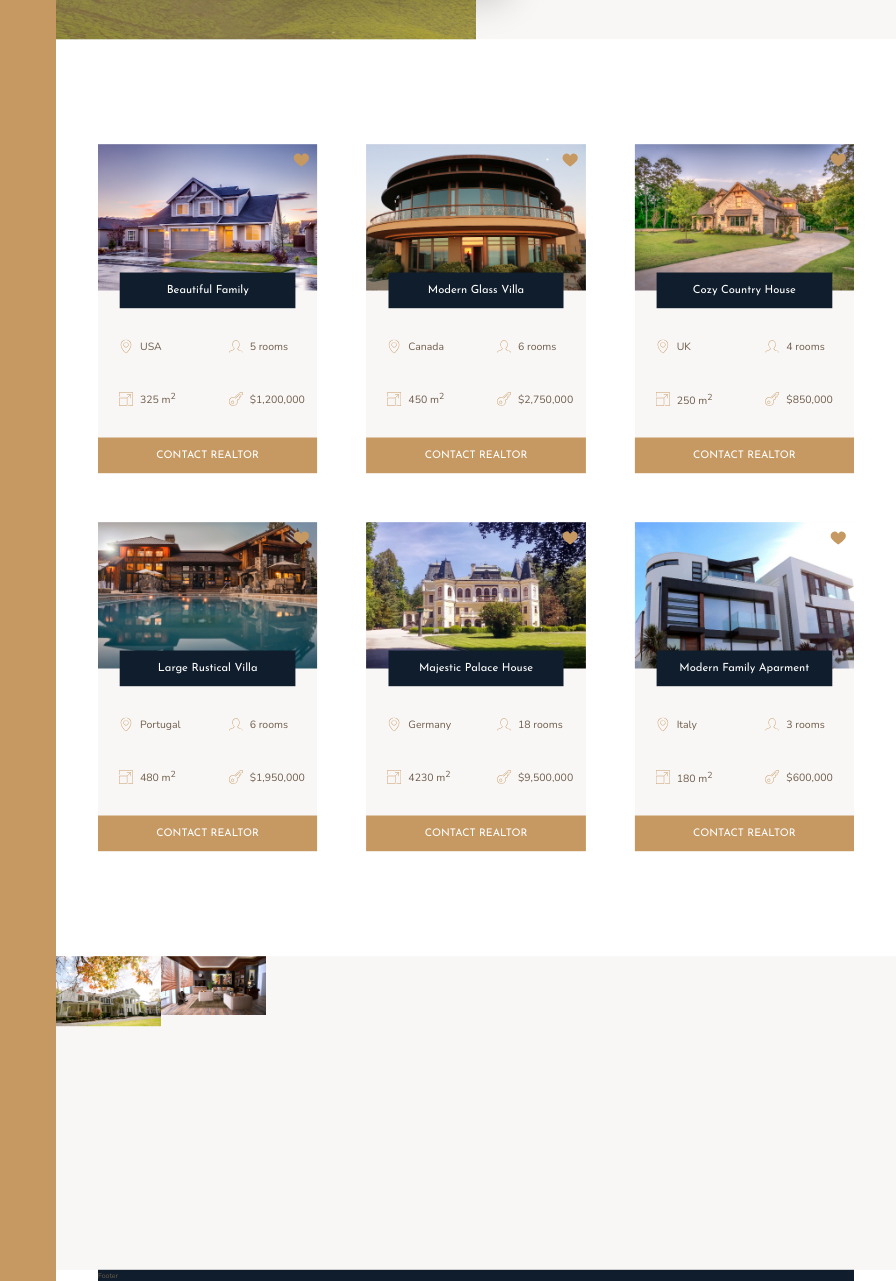
Repository: achwesiuk/nexter
Page: index.html
These files come from the project's save history. The page is drawn as it stood at one moment and after the next save; the edit follows.
The browser window is 1280 px wide. The pictures show the part of the page from y = 1550 to 3470 px (the page is 3380 px tall before and 3470 px after), at 70% of full size.
The style sheet was rebuilt from its Sass, Less or Tailwind sources for each picture, by a compiler version that may differ from the author's.

Above is the page before, as saved 2021-02-24 07:28:40.

### index.html
<!DOCTYPE html>
<html lang="en">
    <head>
        <meta charset="UTF-8">
        <meta name="viewport" content="width=device-width, initial-scale=1.0">
        <meta http-equiv="X-UA-Compatible" content="ie=edge">

        <link href="https://fonts.googleapis.com/css?family=Josefin+Sans:300,400,400i|Nunito:300,300i" rel="stylesheet">
        <link rel="stylesheet" href="css/style.css">
        <link rel="shortcut icon" type="image/png" href="img/favicon.png">

        <title>nexter &mdash; your home, your freedom</title>
    </head>
    <body class="container">
        <div class="sidebar">
            Sidebar
        </div>

        <header class="header">
            Header
        </header>

        <div class="realtors">
            Top 3 realtors
        </div>

        <section class="features">
            <div class="feature">
                <svg class="feature__icon">
                    <use xlink:href="img/sprite.svg#icon-global"></use>
                </svg>
                <h4 class="heading-4--dark">World's best luxury homes</h4>
                <p class="feature-text">Lorem ipsum dolor sit amet, consectetur adipisicing elit. Sapiente eligendi vitae aliquid a corporis hic, nemo dolores neque culpa pariatur dolor magnam!</p>
            </div>
            <div class="feature">
                <svg class="feature__icon">
                    <use xlink:href="img/sprite.svg#icon-trophy"></use>
                </svg>
                <h4 class="heading-4--dark">Only the best properties</h4>
                <p class="feature-text">Lorem ipsum dolor sit amet consectetur, adipisicing elit. Mollitia optio sapiente fugit deserunt ex qui in.</p>
            </div>
            <div class="feature">
                <svg class="feature__icon">
                    <use xlink:href="img/sprite.svg#icon-map-pin"></use>
                </svg>
                <h4 class="heading-4--dark">All homes in top locations</h4>
                <p class="feature-text">Lorem ipsum dolor sit amet consectetur adipisicing elit. Ullam est deserunt unde temporibus, beatae quo et repellat!</p>
            </div>
            <div class="feature">
                <svg class="feature__icon">
                    <use xlink:href="img/sprite.svg#icon-key"></use>
                </svg>
                <h4 class="heading-4--dark">New home in one week</h4>
                <p class="feature-text">Lorem ipsum dolor sit amet consectetur adipisicing elit. Velit aliquam praesentium quod non eligendi sunt cum ipsum modi.</p>
            </div>
            <div class="feature">
                <svg class="feature__icon">
                    <use xlink:href="img/sprite.svg#icon-presentation"></use>
                </svg>
                <h4 class="heading-4--dark">Top 1% realtors</h4>
                <p class="feature-text">Lorem ipsum dolor sit amet, consectetur adipisicing elit.</p>
            </div>
            <div class="feature">
                <svg class="feature__icon">
                    <use xlink:href="img/sprite.svg#icon-lock"></use>
                </svg>
                <h4 class="heading-4--dark">Secure payments on nexter</h4>
                <p class="feature-text">Lorem ipsum, dolor sit amet consectetur adipisicing elit. Incidunt distinctio repudiandae saepe dolores quis tempore similique.</p>
            </div>
        </section>

        <div class="story__pictures">
            <img src="img/story-1.jpeg" alt="Couple with new house" class="story__img--1">
            <img src="img/story-2.jpeg" alt="New house" class="story__img--2">
        </div>

        <div class="story__content">
            <h3 class="heading-3 mb-sm">Happy Customers</h3>
            <h2 class="heading-2 heading-2--dark mb-md">&ldquo;The best decision of our lives&rdquo;</h2>
            <p class="story__text">
                Lorem ipsum dolor sit amet, consectetur adipisicing elit. Accusantium ut error magni quasi delectus debitis praesentium, iusto, explicabo natus deleniti corrupti, illo illum quidem dolores dolorum ipsum! Incidunt, eaque amet.
            </p>
            <button class="btn">Find your own home</button>
        </div>

        <section class="homes">
            <div class="home">
                <img src="img/house-1.jpeg" alt="House 1" class="home__img">
                <svg class="home__like">
                    <use xlink:href="img/sprite.svg#icon-heart-full"></use>
                </svg>
                <h5 class="home__name">Beautiful Family</h5>
                <div class="home__location">
                    <svg class="home__like">
                        <use xlink:href="img/sprite.svg#icon-map-pin"></use>
                    </svg>
                    <p>USA</p>
                </div>
                <div class="home__rooms">
                    <svg class="home__like">
                        <use xlink:href="img/sprite.svg#icon-profile-male"></use>
                    </svg>
                    <p>5 rooms</p>
                </div>
                <div class="home__area">
                    <svg class="home__like">
                        <use xlink:href="img/sprite.svg#icon-expand"></use>
                    </svg>
                    <p>325 m<sup>2</sup></p>
                </div>
                <div class="home__price">
                    <svg class="home__like">
                        <use xlink:href="img/sprite.svg#icon-key"></use>
                    </svg>
                    <p>$1,200,000</p>
                </div>
                <button class="btn home__btn">Contact realtor</button>
            </div>

            <div class="home"><img src="img/house-2.jpeg" alt="House 2" class="home__img">
                <svg class="home__like">
                    <use xlink:href="img/sprite.svg#icon-heart-full"></use>
                </svg>
                <h5 class="home__name">Modern Glass Villa</h5>
                <div class="home__location">
                    <svg class="home__like">
                        <use xlink:href="img/sprite.svg#icon-map-pin"></use>
                    </svg>
                    <p>Canada</p>
                </div>
                <div class="home__rooms">
                    <svg class="home__like">
                        <use xlink:href="img/sprite.svg#icon-profile-male"></use>
                    </svg>
                    <p>6 rooms</p>
                </div>
                <div class="home__area">
                    <svg class="home__like">
                        <use xlink:href="img/sprite.svg#icon-expand"></use>
                    </svg>
                    <p>450 m<sup>2</sup></p>
                </div>
                <div class="home__price">
                    <svg class="home__like">
                        <use xlink:href="img/sprite.svg#icon-key"></use>
                    </svg>
                    <p>$2,750,000</p>
                </div>
                <button class="btn home__btn">Contact realtor</button>
            </div>

            <div class="home"><img src="img/house-3.jpeg" alt="House 3" class="home__img">
                <svg class="home__like">
                    <use xlink:href="img/sprite.svg#icon-heart-full"></use>
                </svg>
                <h5 class="home__name">Cozy Country House</h5>
                <div class="home__location">
                    <svg class="home__like">
                        <use xlink:href="img/sprite.svg#icon-map-pin"></use>
                    </svg>
                    <p>UK</p>
                </div>
                <div class="home__rooms">
                    <svg class="home__like">
                        <use xlink:href="img/sprite.svg#icon-profile-male"></use>
                    </svg>
                    <p>4 rooms</p>
                </div>
                <div class="home__area">
                    <svg class="home__like">
                        <use xlink:href="img/sprite.svg#icon-expand"></use>
                    </svg>
                    <p>250 m<sup>2</sup></p>
                </div>
                <div class="home__price">
                    <svg class="home__like">
                        <use xlink:href="img/sprite.svg#icon-key"></use>
                    </svg>
                    <p>$850,000</p>
                </div>
                <button class="btn home__btn">Contact realtor</button>
            </div>

            <div class="home"><img src="img/house-4.jpeg" alt="House 4" class="home__img">
                <svg class="home__like">
                    <use xlink:href="img/sprite.svg#icon-heart-full"></use>
                </svg>
                <h5 class="home__name">Large Rustical Villa</h5>
                <div class="home__location">
                    <svg class="home__like">
                        <use xlink:href="img/sprite.svg#icon-map-pin"></use>
                    </svg>
                    <p>Portugal</p>
                </div>
                <div class="home__rooms">
                    <svg class="home__like">
                        <use xlink:href="img/sprite.svg#icon-profile-male"></use>
                    </svg>
                    <p>6 rooms</p>
                </div>
                <div class="home__area">
                    <svg class="home__like">
                        <use xlink:href="img/sprite.svg#icon-expand"></use>
                    </svg>
                    <p>480 m<sup>2</sup></p>
                </div>
                <div class="home__price">
                    <svg class="home__like">
                        <use xlink:href="img/sprite.svg#icon-key"></use>
                    </svg>
                    <p>$1,950,000</p>
                </div>
                <button class="btn home__btn">Contact realtor</button>
            </div>

            <div class="home"><img src="img/house-5.jpeg" alt="House 5" class="home__img">
                <svg class="home__like">
                    <use xlink:href="img/sprite.svg#icon-heart-full"></use>
                </svg>
                <h5 class="home__name">Majestic Palace House</h5>
                <div class="home__location">
                    <svg class="home__like">
                        <use xlink:href="img/sprite.svg#icon-map-pin"></use>
                    </svg>
                    <p>Germany</p>
                </div>
                <div class="home__rooms">
                    <svg class="home__like">
                        <use xlink:href="img/sprite.svg#icon-profile-male"></use>
                    </svg>
                    <p>18 rooms</p>
                </div>
                <div class="home__area">
                    <svg class="home__like">
                        <use xlink:href="img/sprite.svg#icon-expand"></use>
                    </svg>
                    <p>4230 m<sup>2</sup></p>
                </div>
                <div class="home__price">
                    <svg class="home__like">
                        <use xlink:href="img/sprite.svg#icon-key"></use>
                    </svg>
                    <p>$9,500,000</p>
                </div>
                <button class="btn home__btn">Contact realtor</button>
            </div>

            <div class="home"><img src="img/house-6.jpeg" alt="House 6" class="home__img">
                <svg class="home__like">
                    <use xlink:href="img/sprite.svg#icon-heart-full"></use>
                </svg>
                <h5 class="home__name">Modern Family Aparment</h5>
                <div class="home__location">
                    <svg class="home__like">
                        <use xlink:href="img/sprite.svg#icon-map-pin"></use>
                    </svg>
                    <p>Italy</p>
                </div>
                <div class="home__rooms">
                    <svg class="home__like">
                        <use xlink:href="img/sprite.svg#icon-profile-male"></use>
                    </svg>
                    <p>3 rooms</p>
                </div>
                <div class="home__area">
                    <svg class="home__like">
                        <use xlink:href="img/sprite.svg#icon-expand"></use>
                    </svg>
                    <p>180 m<sup>2</sup></p>
                </div>
                <div class="home__price">
                    <svg class="home__like">
                        <use xlink:href="img/sprite.svg#icon-key"></use>
                    </svg>
                    <p>$600,000</p>
                </div>
                <button class="btn home__btn">Contact realtor</button>
            </div>
        </section>

        <section class="gallery">
            <img src="img/gal-1.jpeg" alt="Gallery image 1" class="gallery__img">
            <img src="img/gal-2.jpeg" alt="Gallery image 2" class="gallery__img">
        </section>

        <footer>
            Footer
        </footer>
    </body>
</html>

### sass/main.scss
@import "base";
@import "typography";

@import "sidebar";
@import "header";
@import "realtors";
@import "features";
@import "story";
@import "homes";
@import "gallery";
@import "footer";

### sass/_base.scss
// COLOR VARIABLES
$color-primary: #c69963;
$color-primary-dark: #B28451;

$color-secondary: #101d2c;

$color-grey-light-1: #f9f7f6;
$color-grey-light-2: #aaa;

$color-grey-dark-1: #54483A;
$color-grey-dark-2: #6D5D4B;

// FONT VARIABLES
$font-primary: 'Nunito', sans-serif;
$font-display: 'Josefin Sans', sans-serif;

*,
*::before,
*::after {
    margin: 0;
    padding: 0;
    -webkit-box-sizing: inherit;
            box-sizing: inherit; //dziedziczy po HTML
}

html {
    -webkit-box-sizing: border-box;
            box-sizing: border-box;
    font-size: 62.5%; // 10px / 16px = 62.5% -> 1rem = 10px
}

body {
    font-family: $font-primary;
    color: $color-grey-dark-2;
    font-weight: 300;
    line-height: 1.6;
}

.container {
    display: grid;
    grid-template-rows: 80vh min-content 40vw repeat(3, min-content); // 1.wiersz - wysokość wiersza jest wartością procentową vh; jest to siatka jawna z jednym wierszem, pozostałe elementy będą dodane w siatce niejawnej (elementy, które nie mają miejsca w siatce jawnej)
    // 2. wiersz - wysokość wiersza uzależniona od zawartej w nim treści
    // 2. auto - domyślne, jeżeli nic nie będzie określone; również dopasowuje się do treści
    // 3. wiersz - wiersz uzależniony od szerokości układu (podczas zmiany szerokości widoku zmieniają się wymiary wiersza - zwęża się, rośnie)
    // 4, 5, 6 - wysokość wiersza uzależnione od jego zawartości
    grid-template-columns: [sidebar-start] 8rem [sidebar-end full-start] minmax(6rem, 1fr) [center-start] repeat(8, [col-start] minmax(min-content, 14rem) [col-end]) [center-end] minmax(6rem, 1fr) [full-end];
}

### sass/_typography.scss
%heading { //extended działa przeciwnie do mixin; selektory (heading-1 etc.) są kopiowane to selektora na górze
    font-family: $font-display;
    font-weight: 400;
}

.heading-1 {
    @extend %heading;
}

.heading-2 {
    @extend %heading;
    font-size: 4rem;
    font-style: italic;
    line-height: 1;

    &--light {color: $color-grey-light-1;}
    &--dark {color: $color-grey-dark-1;}
}

.heading-3 {
    @extend %heading;
    font-size: 1.6rem;
    color: $color-primary;
    text-transform: uppercase;
}

.heading-4 {
    @extend %heading;
    font-size: 1.9rem;

    &--light {color: $color-grey-light-1;}
    &--dark {color: $color-grey-dark-1;}
}

.btn {
    background-color: $color-primary;
    color: #fff;
    border: none;
    border-radius: 0; //z założenia przyciski mają ustawiony jakiś kąt
    font-family: $font-display;
    font-size: 1.5rem;
    text-transform: uppercase;
    padding: 1.8rem 3rem;
    cursor: pointer;

    transition: all .2s;

    &:hover {
        background-color: $color-primary-dark;
    }
}

.mb-sm {margin-bottom: 2rem;}
.mb-md {margin-bottom: 3rem;}
.mb-lg {margin-bottom: 4rem;}
.mb-hg {margin-bottom: 8rem;}

### sass/_sidebar.scss
.sidebar {
    background-color: $color-primary;
    grid-column: sidebar-start / sidebar-end;
    grid-row: 1 / -1;
}

### sass/_header.scss
.header {
    background-color: $color-grey-dark-1;
    grid-column: full-start / col-end 6;
}

### sass/_realtors.scss
.realtors {
    background-color: $color-secondary;
    grid-column: col-start 7 / full-end;
}

### sass/_features.scss
.features {
    grid-column: center-start / center-end;

    margin: 15rem 0;

    display: grid;
    //grid-template-columns: repeat(3, 1fr);
    grid-template-columns: repeat(auto-fit, minmax(25rem, 1fr));
    //grid-template-rows: auto auto; niepotrzebne, ponieważ wiersze i tak układają się w ten sposób
    grid-gap: 6rem;
    align-items: start;
}

.feature {

    display: grid;
    grid-template-columns: min-content 1fr; //min-content odnosi się do wymiarów ikony
    //nie trzeba określać wierszy, mają mieć wielkość zawartej w nich treści
    grid-row-gap: 1.5rem;
    grid-column-gap: 2.5rem;

    &__icon {
        fill: $color-primary;
        width: 4.5rem;
        height: 4.5rem;
        transform: translateY(-1rem);

        //grid-row: 1 / -1; // -1 oznacza koniec JAWNEJ SIATKI, a tutaj jest niejawna
        grid-row: -1 / span 2;
    }

    &__text {
        font-size: 1.7rem;
    }
}

### sass/_story.scss
.story {

    &__pictures {
        background-color: $color-primary;
        grid-column: full-start / col-end 4;
        background-image: linear-gradient(rgba($color-primary, .5), rgba($color-primary, .5)),  url(../img/back.jpg); //używam dwóch takich samych kolorów - kolor przechodzi z jednego koloru na drugi

        display: grid;
        grid-template-rows: repeat(6, 1fr);
        grid-template-columns: repeat(6, 1fr);

        align-items: center;
    }

    &__img--1 {
        width: 100%;
        grid-row: 2 / 6;
        grid-column: 2 / 6;
        box-shadow: 0 2rem 5rem rgba(#000, .1);
    }

    &__img--2 {
        width: 115%;
        grid-row: 4 / 6;
        grid-column: 4 / 7;
        z-index: 20;
        box-shadow: 0 2rem 5rem rgba(#000, .2);
    }

    &__content {
        background-color: $color-grey-light-1;
        grid-column: col-start 5 / full-end;

        padding: 6rem 8vw;

        /*
        display: flex;
        flex-direction: column;
        justify-content: center;
        align-items: flex-start;
        */

        display: grid;
        align-content: center;
        justify-items: start;
    }

    &__text {
        font-size: 1.5rem;
        font-style: italic;
        margin-bottom: 4rem;
    }
}

### sass/_homes.scss
.homes {
    grid-column: center-start / center-end;
    margin: 15rem 0;

    display: grid;
    grid-template-columns: repeat(auto-fit,minmax(25rem, 1fr));
    grid-gap: 7rem;
}

.home {
    background-color: $color-grey-light-1;

    display: grid;
    grid-template-columns: repeat(2, 1fr);
    grid-row-gap: 3.5rem;

    &__img {
        width: 100%;
        grid-row: 1 / 2;
        grid-column: 1 / -1;
        z-index: 1;
    }

    &__like {
        grid-row: 1 / 2;
        grid-column: 2 / 3;
        fill: $color-primary;
        height: 2.5rem;
        width: 2.5rem;
        z-index: 2;

        justify-self: end;
        margin: 1rem;
    }

    &__name {
        grid-column: 1 / -1;
        grid-row: 1 / 2;
        justify-self: center;
        align-self: end;
        z-index: 3;

        width: 80%;
        font-family: $font-display;
        font-size: 1.6rem;
        text-align: center;
        padding: 1.25rem;
        background-color: $color-secondary;
        color: #fff;
        font-weight: 400;
        transform: translateY(50%);
    }

    &__location,
    &__rooms {
        margin-top: 2.5rem;
    }

    &__location,
    &__rooms,
    &__area,
    &__price {
        font-size: 1.5rem;
        margin-left: 2rem;

        display: flex;
        align-items: center;

        svg{
            fill: $color-primary;
            height: 2rem;
            width: 2rem;
            margin-right: 1rem;
        }
    }

    &__btn {
        grid-column: 1 / -1;
    }
}

### sass/_gallery.scss
.gallery {
    background-color: $color-grey-light-1;
    grid-column: full-start / full-end;

    display: grid;
    grid-template-columns:  repeat(8, 1fr);
    grid-template-rows: repeat(7, 5vw);

    & > * {
        width: 100%;
    }
}

### sass/_footer.scss
footer {
    background-color: $color-secondary;
    grid-column: center-start / center-end;
}

After the next save:
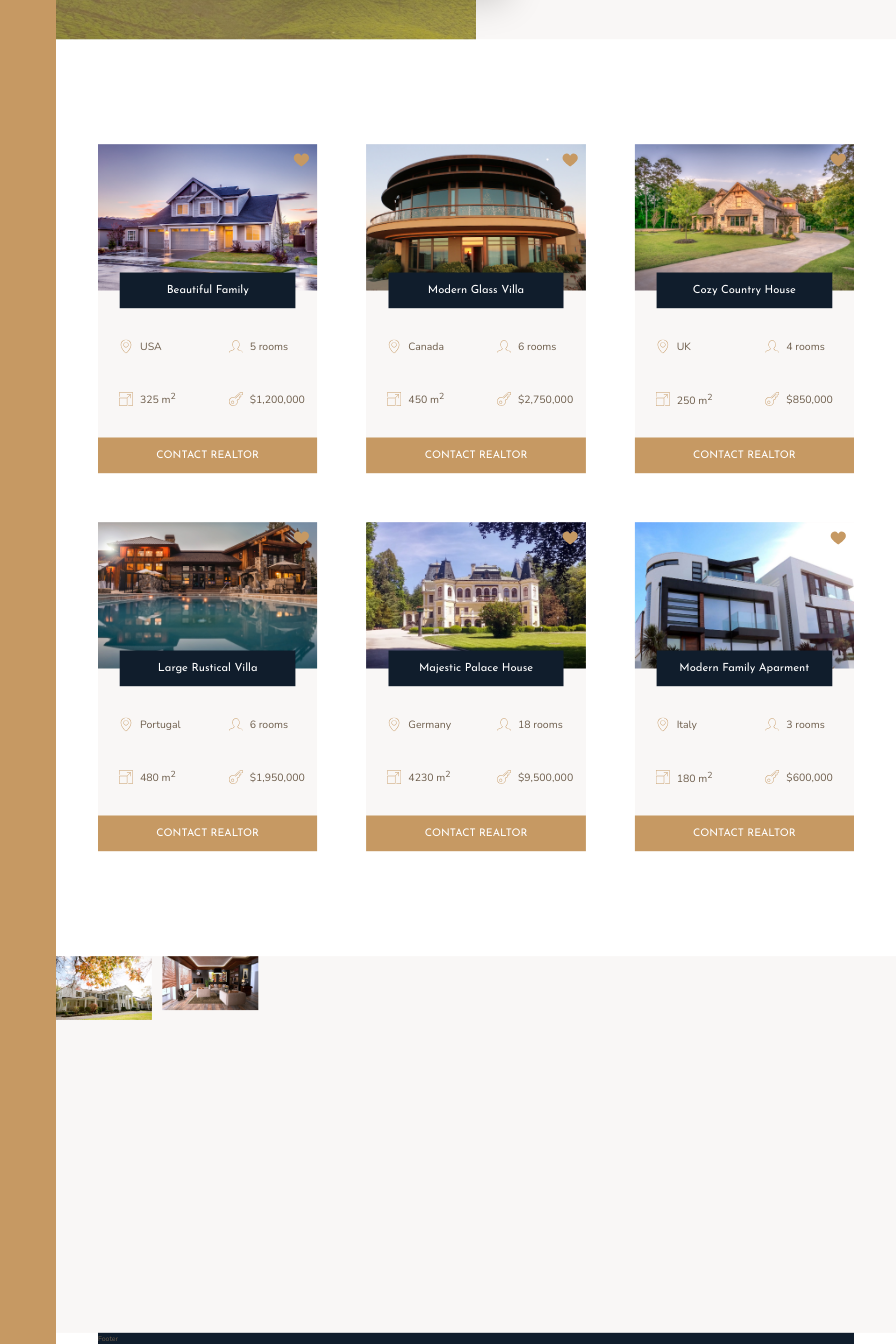
Saved 7 min 48 s later.
--- a/sass/_gallery.scss
+++ b/sass/_gallery.scss
@@ -5,6 +5,7 @@
     display: grid;
     grid-template-columns:  repeat(8, 1fr);
     grid-template-rows: repeat(7, 5vw);
+    grid-gap: 1.5rem;
 
     & > * {
         width: 100%;
